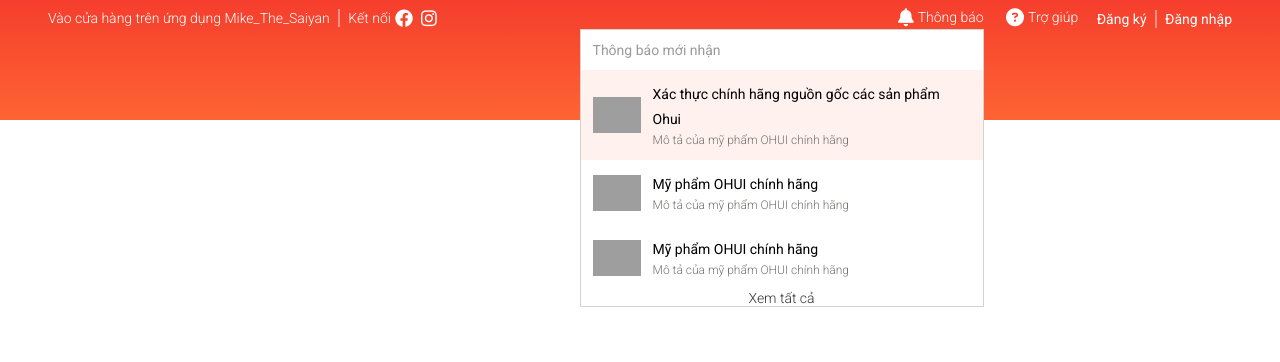
Repository: thefellowshiplotr/project_shopee
Page: index.html
The author's editor kept a copy of each file at every save. The page is drawn from the files as they stood at one save, then again after the next save.
The browser window is 1280 px wide. The pictures show the whole page.
Pictures or frames that could not be fetched are drawn as grey boxes.

Above is the page before, as saved 2022-11-07 10:29:41.

### index.html
<!DOCTYPE html>
<html lang="en">
  <head>
    <meta charset="UTF-8" />
    <meta http-equiv="X-UA-Compatible" content="IE=edge" />
    <meta name="viewport" content="width=device-width, initial-scale=1.0" />
    <title>Shopee</title>
    <link
      rel="stylesheet"
      href="https://cdnjs.cloudflare.com/ajax/libs/normalize/8.0.1/normalize.min.css"
      integrity="sha512-NhSC1YmyruXifcj/KFRWoC561YpHpc5Jtzgvbuzx5VozKpWvQ+4nXhPdFgmx8xqexRcpAglTj9sIBWINXa8x5w=="
      crossorigin="anonymous"
      referrerpolicy="no-referrer"
    />
    <link rel="preconnect" href="https://fonts.googleapis.com" />
    <link rel="preconnect" href="https://fonts.gstatic.com" crossorigin />
    <link
      href="https://fonts.googleapis.com/css2?family=Roboto:wght@300;400;500;700&display=swap"
      rel="stylesheet"
    />
    <link rel="stylesheet" href="./assets/css/base.css" />
    <link rel="stylesheet" href="./assets/css/main.css" />
    <link
      rel="stylesheet"
      href="./assets/fonts/fontawesome-free-6.2.0-web/fontawesome-free-6.2.0-web/css/all.min.css"
    />
  </head>
  <body>
    <div class="wrapper">
      <header class="header">
        <div class="grid">
          <nav class="header__navbar">
            <ul class="header__navbar-list">
              <li
                class="header__navbar-item header__navbar-item-has-qr header__navbar-item--separate"
              >
                Vào cửa hàng trên ứng dụng Mike_The_Saiyan

                <!-- Header QR -->
                <div class="header__qr">
                  <img
                    src="./assets/img/QR-shopee.png"
                    alt="QR code"
                    class="header__qr-img"
                  />
                  <div class="header__qr-apps">
                    <a href="" class="header__qr-link">
                      <img
                        src="./assets/img/appstore.png"
                        alt="Appstore"
                        class="header__qr-download-img"
                      />
                    </a>
                    <a href="" class="header__qr-link">
                      <img
                        src="./assets/img/google-play.png"
                        alt="Google Play"
                        class="header__qr-download-img"
                      />
                    </a>
                    <a href="" class="header__qr-link">
                      <img
                        src="./assets/img/app-galery.png"
                        alt="App Galary"
                        class="header__qr-download-img"
                      />
                    </a>
                  </div>
                </div>
              </li>
              <li class="header__navbar-item">
                <span class="header__navbar-title--no-pointer">Kết nối</span>
                <a href="" class="header__navbar-icon-link"
                  ><i class="header__navbar-icon fa-brands fa-facebook"></i
                ></a>
                <a href="" class="header__navbar-icon-link"
                  ><i class="header__navbar-icon fa-brands fa-instagram"></i
                ></a>
              </li>
            </ul>
            <ul class="header__navbar-list">
              <li class="header__navbar-item">
                <a href="" class="header__navbar-item-link">
                  <i class="header__navbar-icon fa-solid fa-bell"></i>
                  Thông báo
                </a>
                <div class="header__notify">
                  <header class="header__notify-header">
                    <h3>Thông báo mới nhận</h3>
                  </header>
                  <ul class="header__notify-list">
                    <li class="header__notify-item header__notify-item--viewed">
                      <a href="" class="header__notify-link">
                        <img
                          src="https://cdn.abphotos.link/photos/resized/200x120/83-1625652146-myphamohui-lgvina.png"
                          alt=""
                          class="header__notify-img"
                        />
                        <div class="header__notify-info">
                          <span class="header__notify-name"
                            >Xác thực chính hãng nguồn gốc các sản phẩm
                            Ohui</span
                          >
                          <span class="header__notify-description"
                            >Mô tả của mỹ phẩm OHUI chính hãng</span
                          >
                        </div>
                      </a>
                    </li>
                    <li class="header__notify-item">
                      <a href="" class="header__notify-link">
                        <img
                          src="https://cdn.abphotos.link/photos/resized/200x120/1653708536-php4dvzf5.png"
                          alt=""
                          class="header__notify-img"
                        />
                        <div class="header__notify-info">
                          <span class="header__notify-name"
                            >Mỹ phẩm OHUI chính hãng</span
                          >
                          <span class="header__notify-description"
                            >Mô tả của mỹ phẩm OHUI chính hãng</span
                          >
                        </div>
                      </a>
                    </li>
                    <li class="header__notify-item">
                      <a href="" class="header__notify-link">
                        <img
                          src="https://cdn.abphotos.link/photos/resized/200x120/83-1625652146-myphamohui-lgvina.png"
                          alt=""
                          class="header__notify-img"
                        />
                        <div class="header__notify-info">
                          <span class="header__notify-name"
                            >Mỹ phẩm OHUI chính hãng</span
                          >
                          <span class="header__notify-description"
                            >Mô tả của mỹ phẩm OHUI chính hãng</span
                          >
                        </div>
                      </a>
                    </li>
                  </ul>
                  <footer class="header__notify-footer">
                    <a href="" class="header__notify-footer-btn">Xem tất cả</a>
                  </footer>
                </div>
              </li>
              <li class="header__navbar-item">
                <a href="" class="header__navbar-item-link">
                  <i
                    class="header__navbar-icon fa-solid fa-circle-question"
                  ></i>
                  Trợ giúp
                </a>
              </li>
              <li
                class="header__navbar-item header__navbar-item--strong header__navbar-item--separate"
              >
                Đăng ký
              </li>
              <li class="header__navbar-item header__navbar-item--strong">
                Đăng nhập
              </li>
            </ul>
          </nav>
        </div>
      </header>

      <div class="container"></div>

      <footer class="footer"></footer>
    </div>
  </body>
</html>

### assets/css/base.css
:root {
  --primary-color: #ee4d2d;
  --white-color: #fff;
  --black-color: #000;
  --text-color: #333;
}

* {
  box-sizing: inherit;
}

html {
  font-size: 62.5%; /* Sử dụng kĩ thuật HACK*/
  line-height: 1.6rem;
  font-family: "Roboto", sans-serif;
  box-sizing: border-box;
}

.grid {
  width: 1200px;
  max-width: 100%;
  margin: 0 auto;
}

.grid__full-width {
  width: 100%;
}

.grid__row {
  display: flex;
  flex-wrap: wrap;
}

/* Animation */
@keyframes fadeIn {
  from {
    opacity: 0;
  }
  to {
    opacity: 1;
  }
}

### assets/css/main.css
.header {
  height: 120px;
  background-image: linear-gradient(0, #fe6433, #f53e2d);
}

.header__navbar {
  display: flex;
  justify-content: space-between;
  align-items: center;
}

.header__navbar-list {
  list-style: none;
  padding-left: 0;
  margin-top: 4px;
}

.header__navbar-item {
  margin: 0 8px;
  position: relative;
  min-height: 25px;
}

.header__navbar-item-has-qr:hover .header__qr {
  display: block;
}

.header__navbar-item,
.header__navbar-item-link {
  display: inline-block;
  font-size: 1.4rem;
  color: var(--white-color);
  text-decoration: none;
  font-weight: 300;
}

.header__navbar-item,
.header__navbar-item-link,
.header__navbar-icon-link {
  display: inline-flex;
  align-items: center;
}

.header__navbar-item:hover,
.header__navbar-item-link:hover,
.header__navbar-icon-link:hover {
  cursor: pointer;
  color: rgba(255, 255, 255, 0.7);
}

.header__navbar-item--strong {
  font-weight: 400;
}

.header__navbar-item--separate::after {
  content: "";
  display: block;
  position: absolute;
  border: 1px solid #fb9086;
  height: 16px;
  right: -10px;
  top: 50%;
  transform: translateY(-50%);
}

.header__navbar-icon-link {
  color: var(--white-color);
  text-decoration: none;
}

.header__navbar-icon {
  font-size: 1.8rem;
  margin: 0 4px;
}

.header__navbar-title--no-pointer {
  cursor: text;
  color: var(--white-color);
}

/* Header QR code*/
.header__qr {
  width: 186px;
  background-color: var(--white-color);
  position: absolute;
  left: 0;
  top: 118%; /* làm cho nó cao bằng 100% chiều cao của thằng chứa nó*/
  padding: 8px;
  border-radius: 2px;
  display: none;
  animation: fadeIn ease-in 0.4s;
}

.header__qr::before {
  position: absolute;
  left: 0;
  top: -16px;
  width: 100%;
  height: 20px;
  content: "";
  display: block;
}

.header__qr-img {
  width: 100%;
}

.header__qr-apps {
  display: flex;
  justify-content: space-between;
  flex-wrap: wrap;
  margin-top: 5px;
}

.header__qr-link:nth-child(1) {
  margin-left: 9px;
}

.header__qr-link:nth-child(2) {
  margin-right: 9px;
}
.header__qr-link:nth-child(3) {
  margin-left: 8px;
  margin-top: 8px;
}

.header__qr-download-img {
  height: 16px;
}

/* header notification */

.header__notify {
  position: absolute;
  top: 100%;
  width: 404px;
  right: 0;
  border: 1px solid #d3d3d3;
  background-color: var(--white-color);
}

.header__notify-header {
  height: 40px;
  background-color: var(--white-color);
}

.header__notify-header h3 {
  color: #999;
  margin: 0 0 0 12px;
  font-weight: 400;
  font-size: 1.4rem;
  line-height: 40px;
}

.header__notify-list {
  padding-left: 0;
}

.header__notify-item {
  display: flex;
}

.header__notify-item:hover {
  background-color: #f7f7f7;
}

.header__notify-item--viewed {
  background-color: rgba(238, 75, 43, 0.08);
}

.header__notify-link {
  display: flex;
  width: 100%;
  padding: 12px;
  text-decoration: none;
}

.header__notify-img {
  width: 48px;
  object-fit: contain;
}

.header__notify-info {
  margin-left: 12px;
}

.header__notify-name {
  display: block;
  color: var(--black-color);
  font-size: 1.4rem;
  font-weight: 400;
  line-height: calc(25 / 14);
}

.header__notify-description {
  display: block;
  font-size: 1.2rem;
  color: #756f6e;
}

.header__notify-footer {
  text-align: center;
}

.header__notify-footer-btn {
  text-decoration: none;
  color: var(--text-color);
  padding: 4px 16px;
}

Loaded but not shown: assets/fonts/fontawesome-free-6.2.0-web/fontawesome-free-6.2.0-web/css/all.min.css (library)

After the next save:
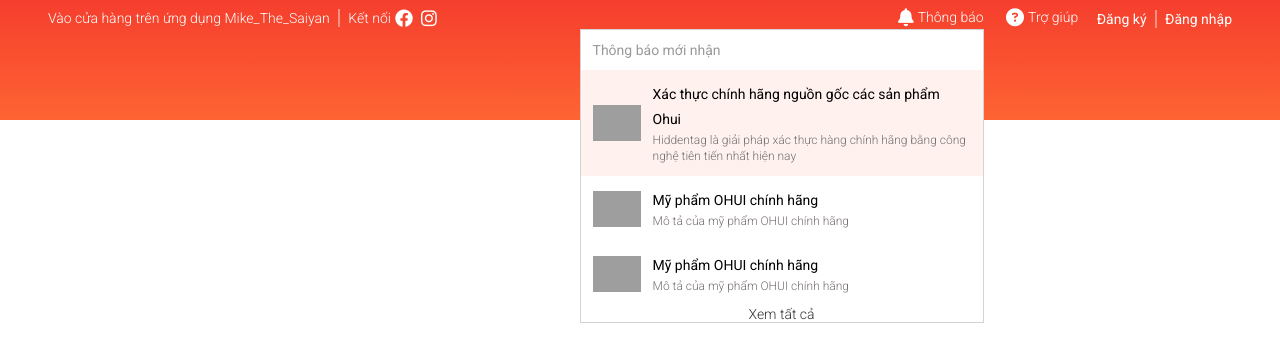
Saved 41 s later.
--- a/index.html
+++ b/index.html
@@ -102,7 +102,8 @@
                             Ohui</span
                           >
                           <span class="header__notify-description"
-                            >Mô tả của mỹ phẩm OHUI chính hãng</span
+                            >Hiddentag là giải pháp xác thực hàng chính hãng
+                            bằng công nghệ tiên tiến nhất hiện nay</span
                           >
                         </div>
                       </a>
